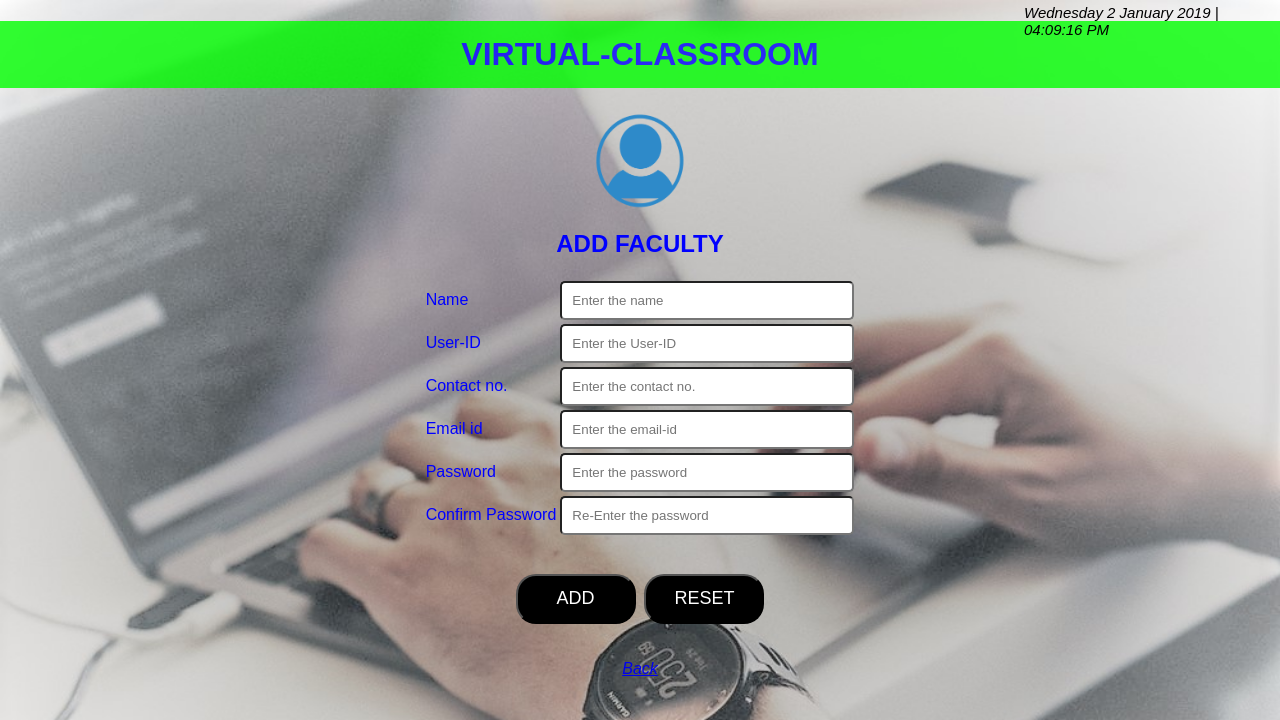
Repository: Rajendra1998/Virtual_classroom_mvc_project
Page: http://localhost/Virtual_classroom/Add_faculty.jsp
These files come from the project's save history. The page is drawn as it stood at one moment and after the next save; the edit follows.
The browser window is 1280 px wide. The pictures show the whole page.
The page is served by Tomcat 9.

Above is the page before, as saved 2019-01-09 07:54:15.

After the next save:
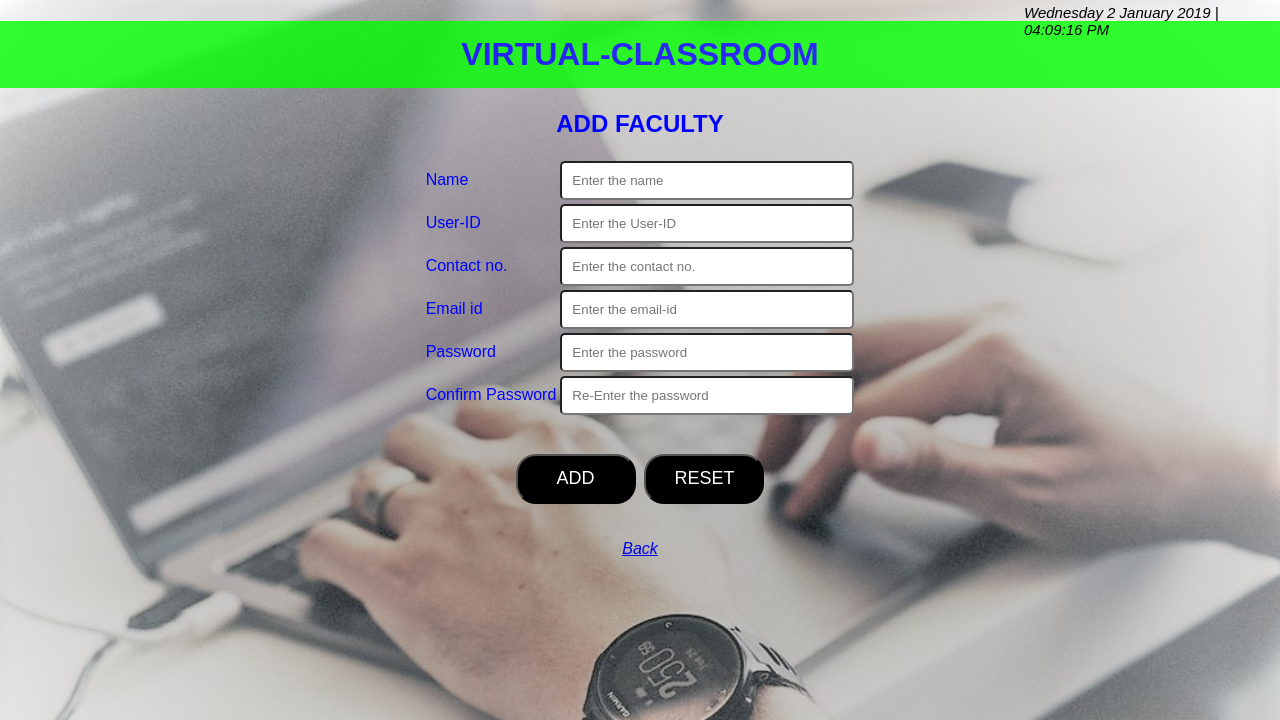
Saved 6 min 7 s later.
--- a/Virtual_classroom/WebContent/Add_faculty.jsp
+++ b/Virtual_classroom/WebContent/Add_faculty.jsp
@@ -228,8 +228,7 @@ p{
 <form action="add_faculty" method="post" onsubmit="return checkForm(this);">
 
 <table>
-<img src="login.png" width="100px" height="100px">
-				<br>
+
 <h2 align="center"><b>ADD FACULTY</b></h2>
 <tr><td>Name</td><td><input type="text" name="name" title="Name must not be blank and contain only letters." id="button" placeholder="Enter the name"></td></tr>
 <tr><td>User-ID</td><td><input type="text" name="uid" title="User-ID must not be blank and contain only letters, numbers and underscores." id="button" placeholder="Enter the User-ID"></td></tr>
